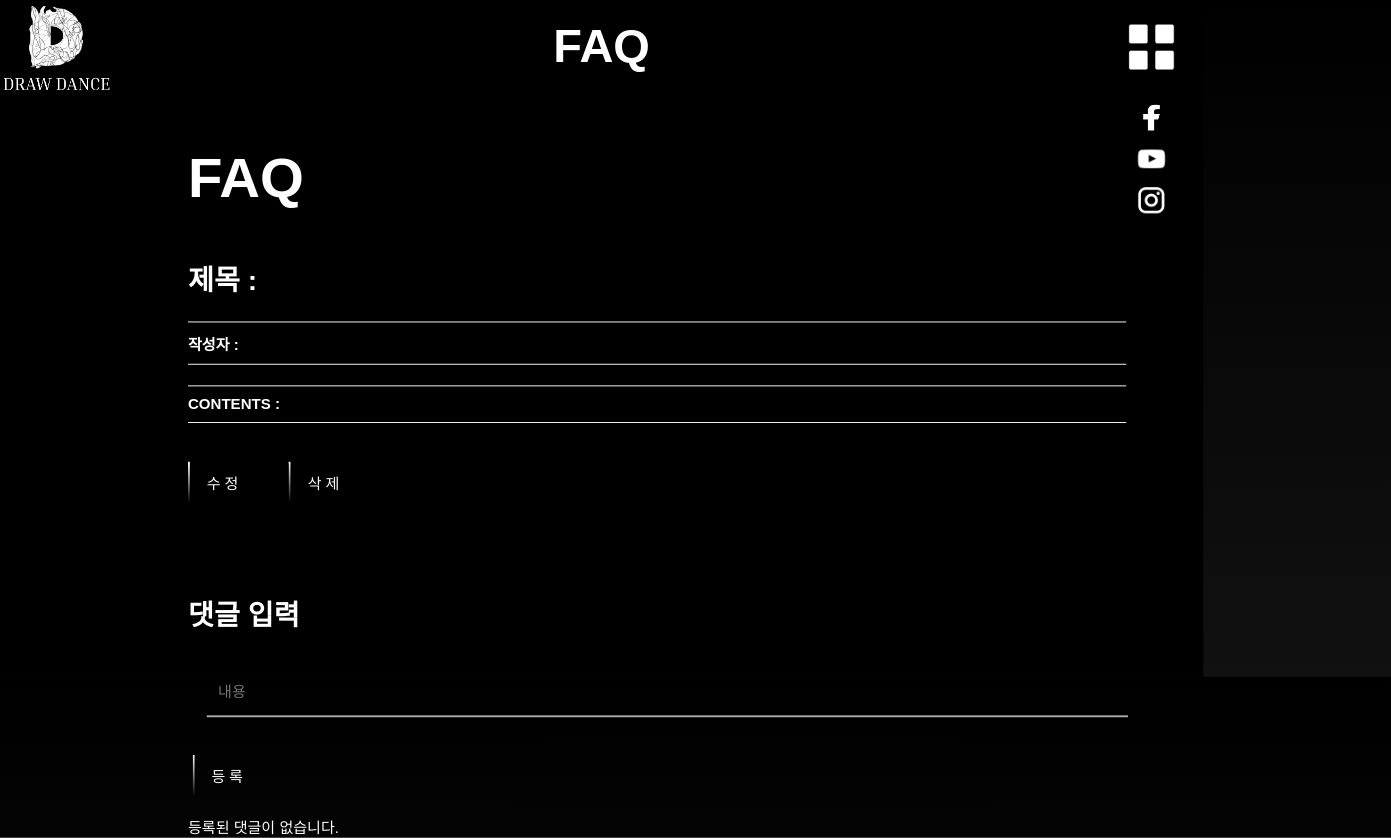
Repository: seonghun9906/semiProject
Page: http://localhost/drawAcademy/WEB-INF/views/QBoard/detail.jsp
The author's editor kept a copy of each file at every save. The page is drawn from the files as they stood at one save, then again after the next save.
The browser window is 1280 px wide. The page is 1480 px wide, so the pictures cover 1480 px, including what lies to the right of the window. The pictures show the whole page, at 94% of full size.
The page is served by Tomcat 9. Nobody is signed in. The template is opened directly, without the code that normally fills it, so the values that code supplies are empty.

Above is the page before, as saved 2024-02-29 02:48:56.

After the next save:
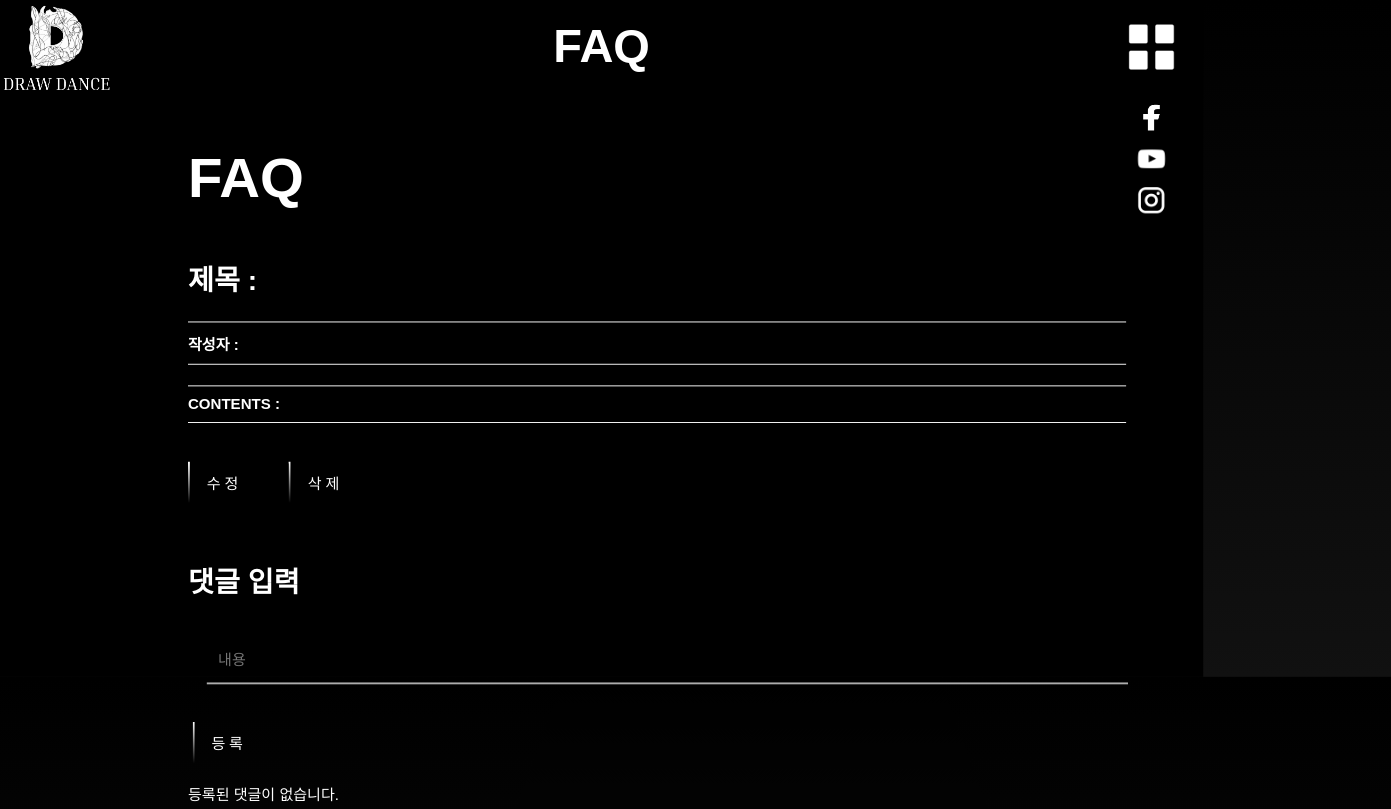
Saved 2 min 3 s later.
--- a/drawAcademy/src/main/webapp/resources/css/detail.css
+++ b/drawAcademy/src/main/webapp/resources/css/detail.css
@@ -531,9 +531,8 @@ body {
 
 .comment {
    color: white;
-   position: relative;
+
    top: 35px; /* 적절한 위치로 조정 */
-
    z-index: 999;
 }
 
